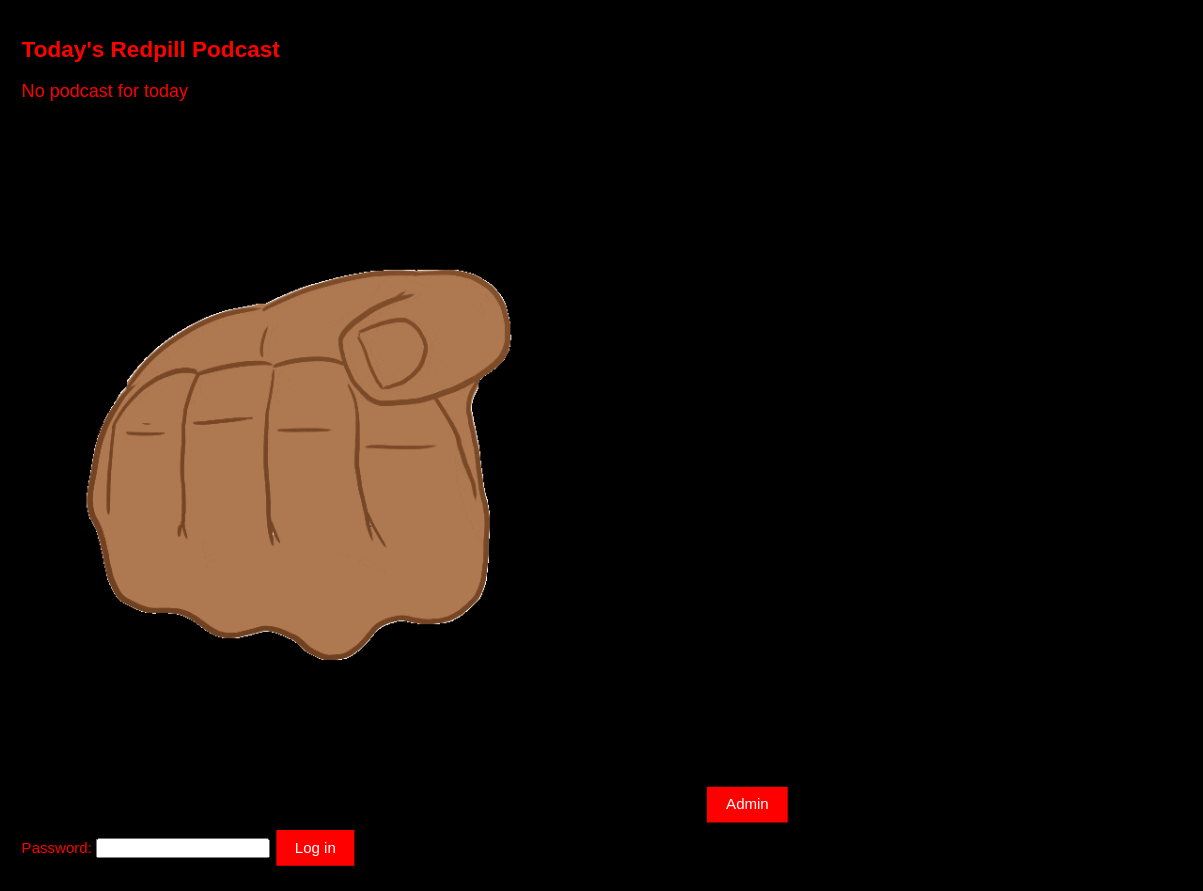
Repository: fechinmitchell/thedailyonepercent
Page: popup.html
The author's editor kept a copy of each file at every save. The page is drawn from the files as they stood at one save, then again after the next save.
The browser window is 1280 px wide. The pictures show the whole page, at 94% of full size.

Above is the page before, as saved 2023-06-21 21:14:01.

After the next save:
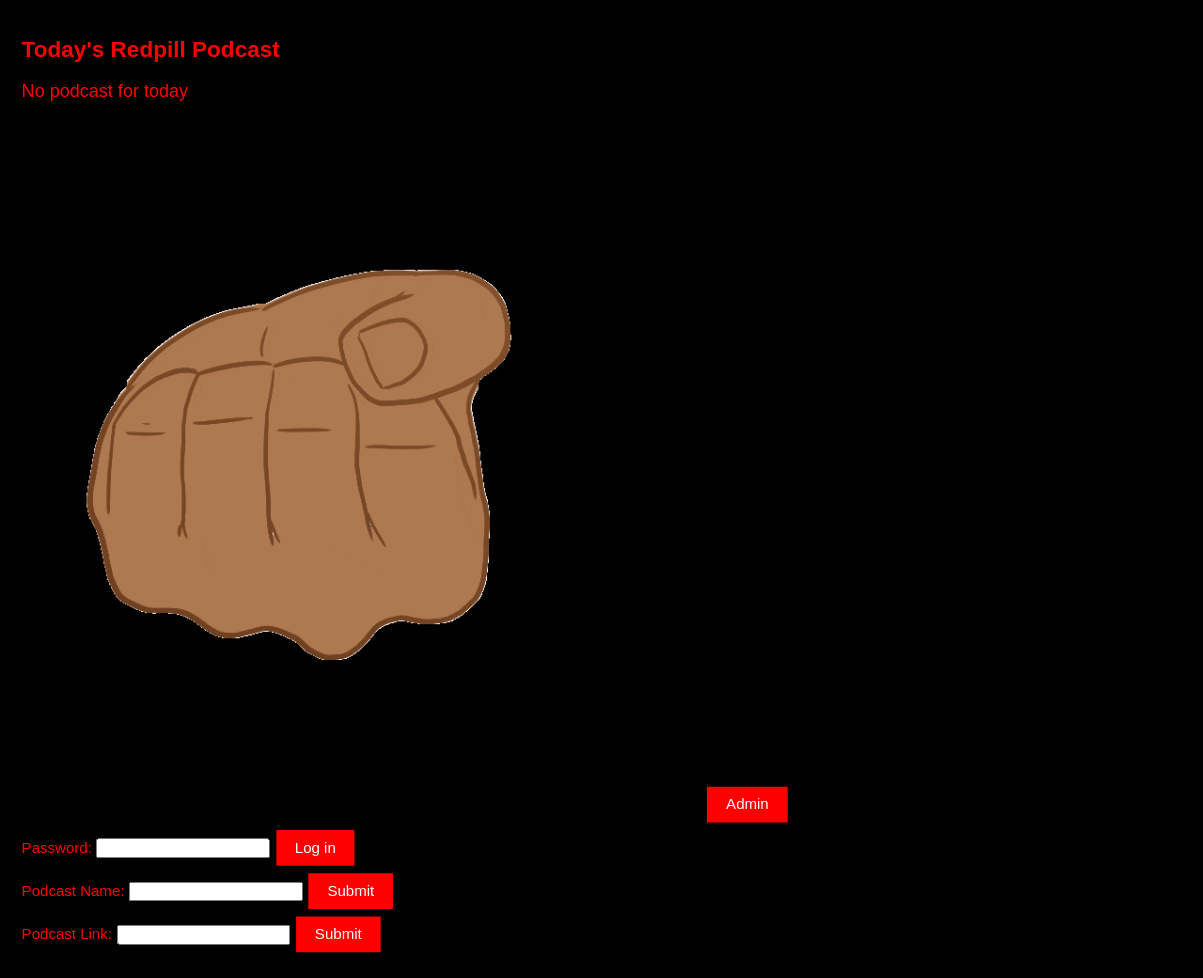
Saved 4 min 57 s later.
--- a/popup.html
+++ b/popup.html
@@ -9,6 +9,7 @@
   <img id="logo" src="icon.gif" alt="Redpill Logo">
   <button id="admin-button">Admin</button>
 
+  <!-- Login Popup -->
   <div id="loginPopup" class="popup">
     <div class="popup-content">
       <label for="password">Password:</label>
@@ -17,6 +18,24 @@
     </div>
   </div>
 
+  <!-- Podcast Name Popup -->
+  <div id="podcastNamePopup" class="popup">
+    <div class="popup-content">
+      <label for="podcastName">Podcast Name:</label>
+      <input type="text" id="podcastName" name="podcastName">
+      <button type="button" id="podcastNameButton">Submit</button>
+    </div>
+  </div>
+
+  <!-- Podcast Link Popup -->
+  <div id="podcastLinkPopup" class="popup">
+    <div class="popup-content">
+      <label for="podcastLink">Podcast Link:</label>
+      <input type="text" id="podcastLink" name="podcastLink">
+      <button type="button" id="podcastLinkButton">Submit</button>
+    </div>
+  </div>
+
   <script src="popup.js"></script>
 </body>
 </html>
